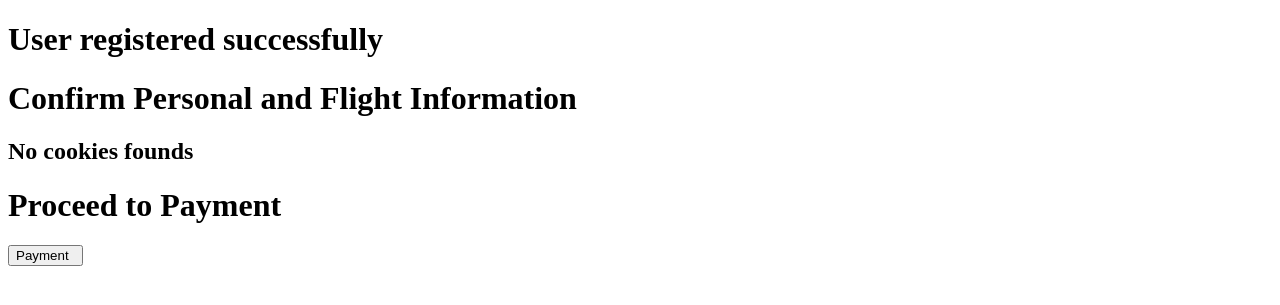
Repository: Shivani2392/FlyAwayProject
Page: http://localhost/FlightBookingPortal/BookFlight.jsp
An editor plug-in stored every save of this project. The page is shown before and after the next save, followed by the edit.
The browser window is 1280 px wide. The pictures show the whole page.
The page is served by Tomcat 9. Other server files are loaded and not shown.

Above is the page before, as saved 2020-11-21 06:26:12.

### FlightBookingPortal/src/main/webapp/BookFlight.jsp
<%@ page language="java" contentType="text/html; charset=ISO-8859-1"
    pageEncoding="ISO-8859-1"%>
<!DOCTYPE html>
<html>
<head>
<meta charset="ISO-8859-1">
<title>Flight Details</title>
</head>
<body>
<h1>User registered successfully</h1>

<h1>Confirm Personal and Flight Information</h1>


<%
Cookie cookie = null;
Cookie[] cookies = null;
cookies=request.getCookies();
//get an array of cookies
if( cookies != null ) {
            out.println("<h2>Confirm Personal Details and Flight Information</h2>");

            for (int i = 0; i < cookies.length; i++) {
               cookie = cookies[i];
               out.print("Name : " + cookie.getName() + ",  ");
               out.print("Value: " + cookie.getValue()+" <br/>");
/*                out.print("Name : " + cookie.getName( ) + ",  ");
               out.print("Value: " + cookie.getValue( )+" <br/>");
               out.print("Name : " + cookie.getName( ) + ",  ");
               out.print("Value: " + cookie.getValue( )+" <br/>");
               out.print("Name : " + cookie.getName( ) + ",  ");
               out.print("Value: " + cookie.getValue( )+" <br/>");
 */
            }
         } else {
            out.println("<h2>No cookies founds</h2>");
         }



%>



<h1>Proceed to Payment</h1>
<input type="submit" value="Payment	" name="Payment"></input>
</body>
</html>

After the next save:
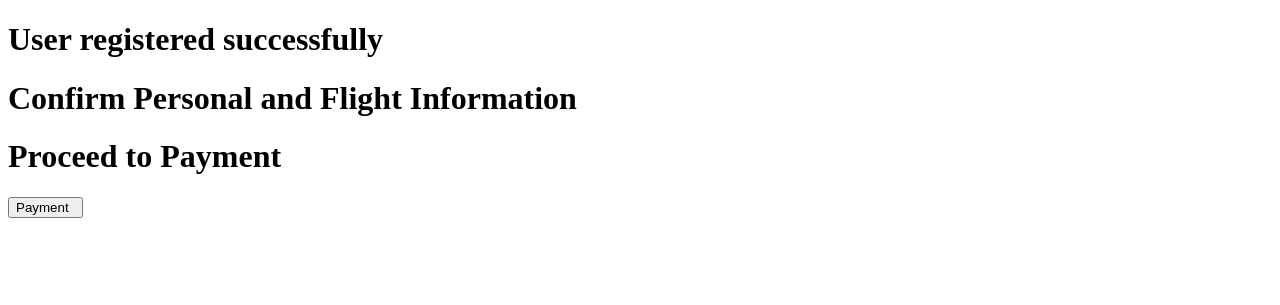
Saved 32 s later.
--- a/FlightBookingPortal/src/main/webapp/BookFlight.jsp
+++ b/FlightBookingPortal/src/main/webapp/BookFlight.jsp
@@ -13,30 +13,8 @@
 
 
 <%
-Cookie cookie = null;
-Cookie[] cookies = null;
-cookies=request.getCookies();
-//get an array of cookies
-if( cookies != null ) {
-            out.println("<h2>Confirm Personal Details and Flight Information</h2>");
 
-            for (int i = 0; i < cookies.length; i++) {
-               cookie = cookies[i];
-               out.print("Name : " + cookie.getName() + ",  ");
-               out.print("Value: " + cookie.getValue()+" <br/>");
-/*                out.print("Name : " + cookie.getName( ) + ",  ");
-               out.print("Value: " + cookie.getValue( )+" <br/>");
-               out.print("Name : " + cookie.getName( ) + ",  ");
-               out.print("Value: " + cookie.getValue( )+" <br/>");
-               out.print("Name : " + cookie.getName( ) + ",  ");
-               out.print("Value: " + cookie.getValue( )+" <br/>");
- */
-            }
-         } else {
-            out.println("<h2>No cookies founds</h2>");
-         }
-
-
+request.getParameter("price");
 
 %>
 
